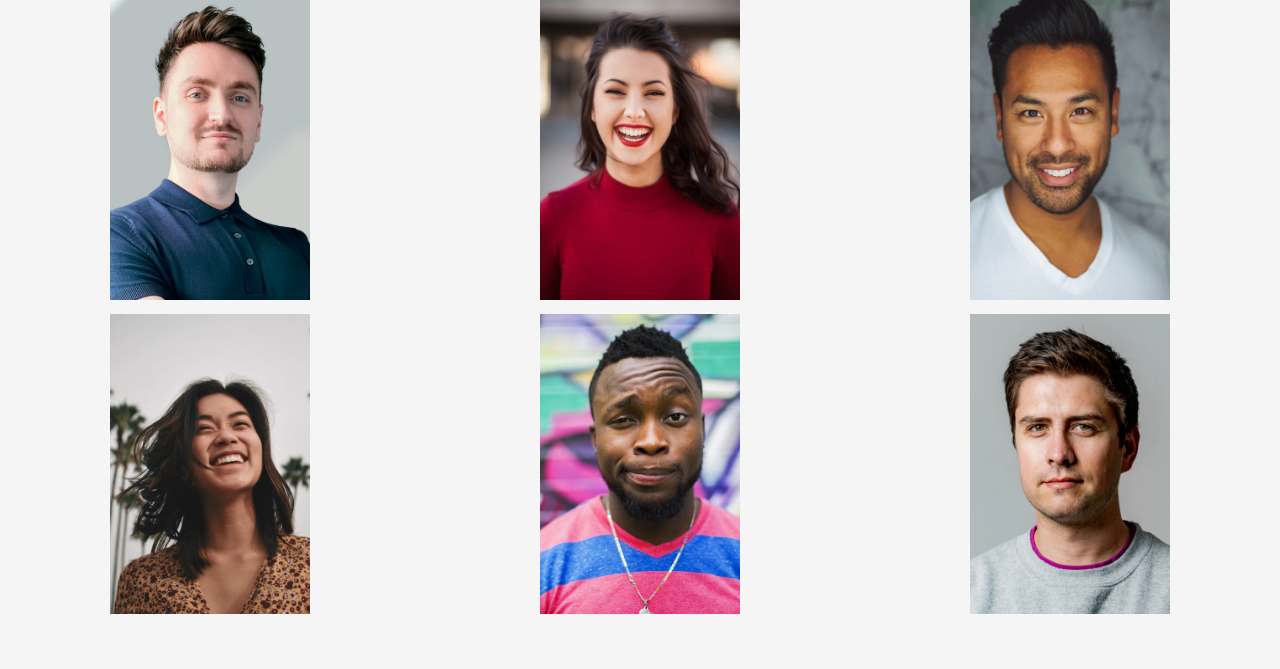
Repository: georgisenze/my-team-page-challeng
Page: index.html
The author's editor kept a copy of each file at every save. The page is drawn from the files as they stood at one save, then again after the next save.
The browser window is 1280 px wide. The pictures show the whole page.

Above is the page before, as saved 2023-02-22 22:02:26.

After the next save:
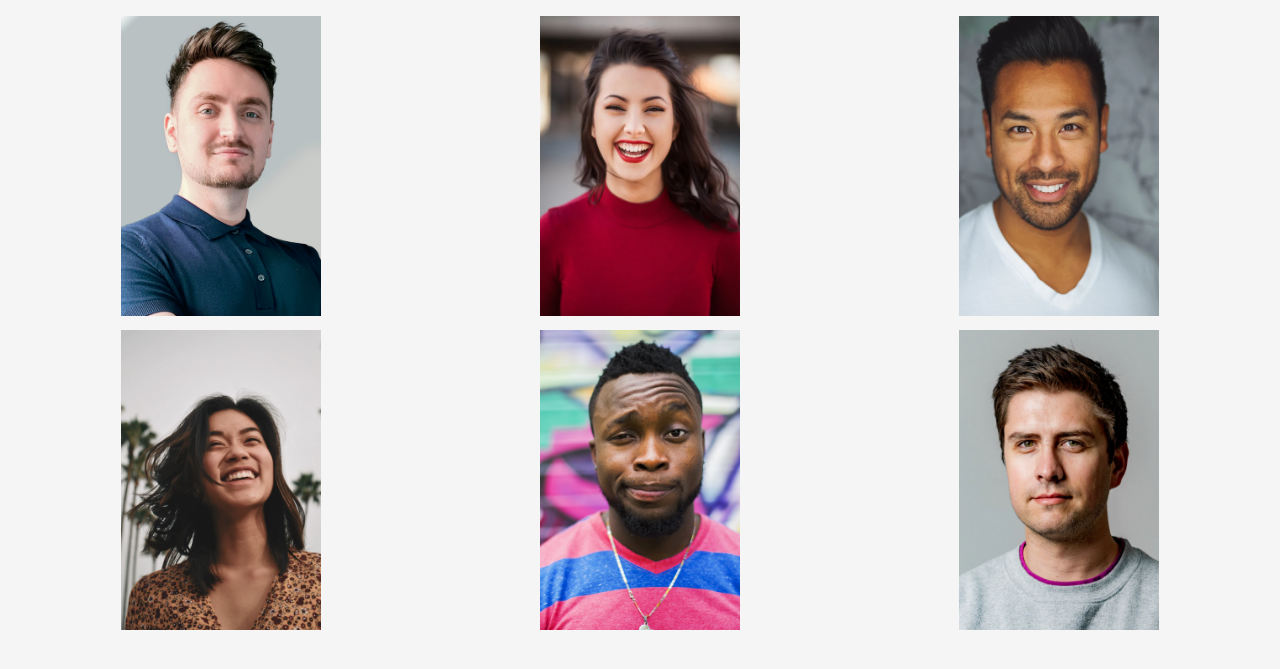
Saved 10 s later.
--- a/assets/css/style.css
+++ b/assets/css/style.css
@@ -15,8 +15,8 @@
     grid-template-rows: repeat(2,minmax(100px, auto));
     grid-auto-flow: row;
     gap: 10px;
-    /*padding: 1em;
-    max-width: 30rem; */
+    padding: 1em;
+    /*max-width: 30rem; */
   }
 
   img {
